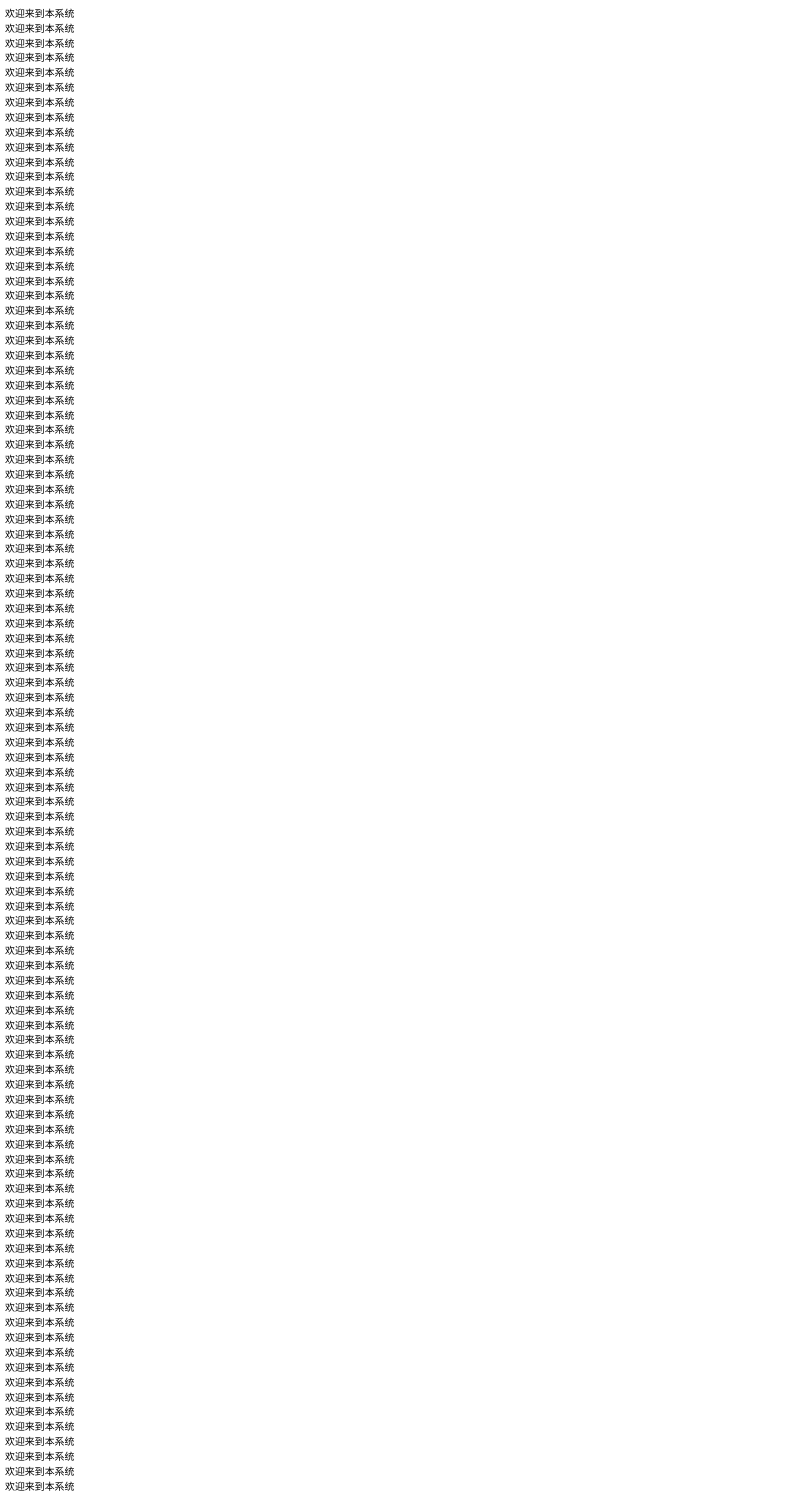
Repository: Matty-GCU/MyEclipse
Page: http://localhost/Java_Web_Learning/chapter04_JSP基本语法/4.4scriptlet.jsp
The author's editor kept a copy of each file at every save. The page is drawn from the files as they stood at one save, then again after the next save.
The browser window is 1280 px wide. The pictures show the whole page, at 62% of full size.
The page is served by Tomcat 9.

Above is the page before, as saved 2021-09-21 02:14:17.

### Java_Web_Learning/WebRoot/chapter04_JSP基本语法/4.4scriptlet.jsp
<%@ page language="java" contentType="text/html; charset=UTF-8"
    pageEncoding="UTF-8"%>
<!DOCTYPE html PUBLIC "-//W3C//DTD HTML 4.01 Transitional//EN" "http://www.w3.org/TR/html4/loose.dtd">
<html>
	<body>
		<%
			for(int i = 0; i < 100; i++) {
				out.print("欢迎来到本系统<br>");
		%>
		<%
			}
		%>
	</body>
</html>

After the next save:
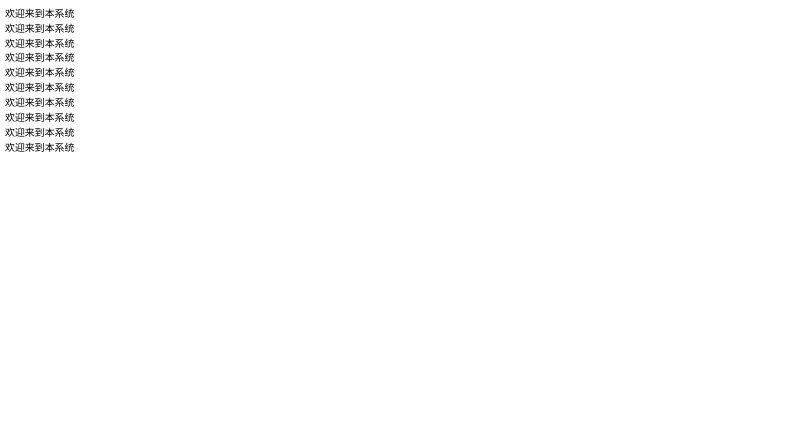
Saved 27 s later.
--- a/Java_Web_Learning/WebRoot/chapter04_JSP基本语法/4.4scriptlet.jsp
+++ b/Java_Web_Learning/WebRoot/chapter04_JSP基本语法/4.4scriptlet.jsp
@@ -4,7 +4,7 @@
 <html>
 	<body>
 		<%
-			for(int i = 0; i < 100; i++) {
+			for(int i = 0; i < 10; i++) {
 				out.print("欢迎来到本系统<br>");
 		%>
 		<%

After the save that followed:
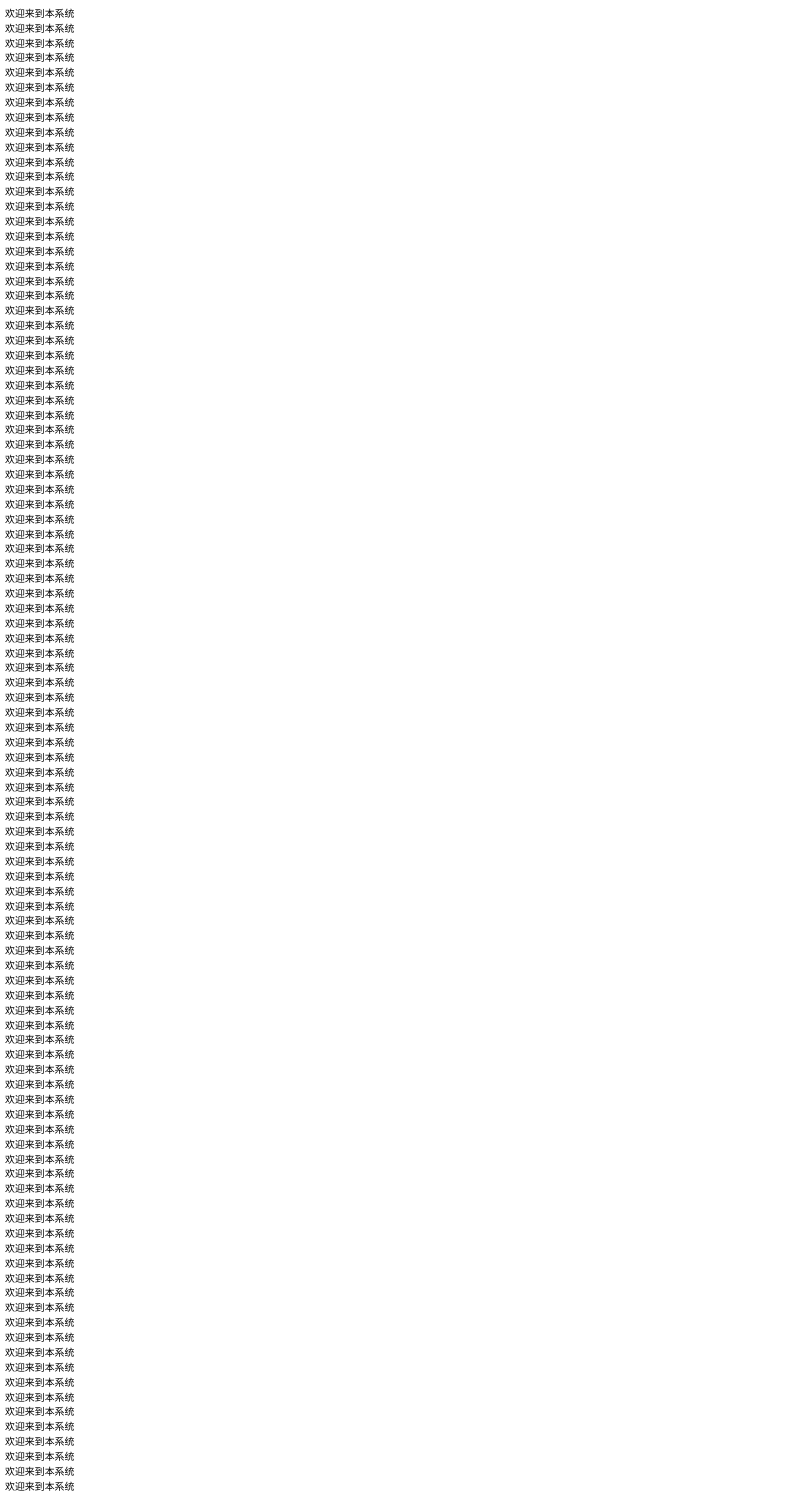
Saved 54 s later.
--- a/Java_Web_Learning/WebRoot/chapter04_JSP基本语法/4.4scriptlet.jsp
+++ b/Java_Web_Learning/WebRoot/chapter04_JSP基本语法/4.4scriptlet.jsp
@@ -4,7 +4,7 @@
 <html>
 	<body>
 		<%
-			for(int i = 0; i < 10; i++) {
+			for(int i = 0; i < 100; i++) {
 				out.print("欢迎来到本系统<br>");
 		%>
 		<%
